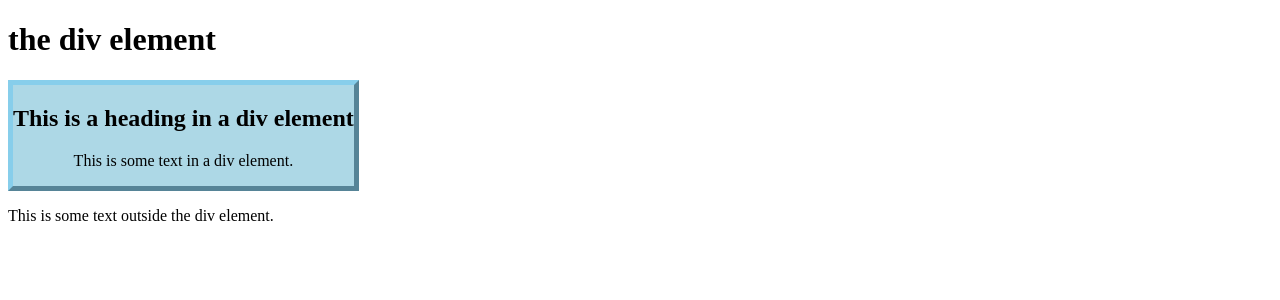
Repository: Fariaddd/codefactor-stylesheet
Page: index.html
An editor plug-in stored every save of this project. The page is shown before and after the next save, followed by the edit.
The browser window is 1280 px wide. The pictures show the whole page.

Above is the page before, as saved 2021-11-17 19:43:42.

### index.html
<!DOCTYPE html>
<html lang="en">
  <head>
    <meta charset="UTF-8" />
    <meta http-equiv="X-UA-Compatible" content="IE=edge" />
    <meta name="viewport" content="width=device-width, initial-scale=1.0" />
    <title>Document</title>
    <link rel="stylesheet" href="./styles/styles.css" />
  </head>
  <body>
    <h1>the div element</h1>
    <div class="myDiv">
      <h2>This is a heading in a div element</h2>
      <p>This is some text in a div element.</p>
    </div>

    <p>This is some text outside the div element.</p>
  </body>
</html>

### styles/styles.css
.myDiv {
  border: 5px outset skyblue;
  background-color: lightblue;
  text-align: center;
  display: inline-block;
}

After the next save:
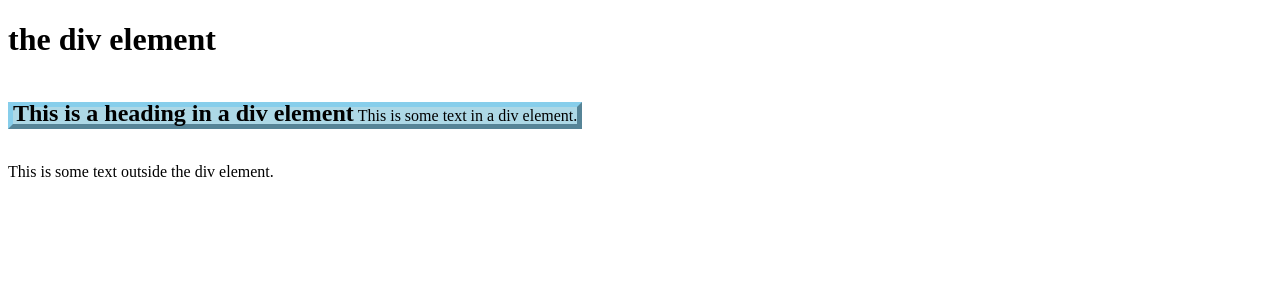
Saved 5 s later.
--- a/styles/styles.css
+++ b/styles/styles.css
@@ -2,5 +2,5 @@
   border: 5px outset skyblue;
   background-color: lightblue;
   text-align: center;
-  display: inline-block;
+  display: ruby;
 }
